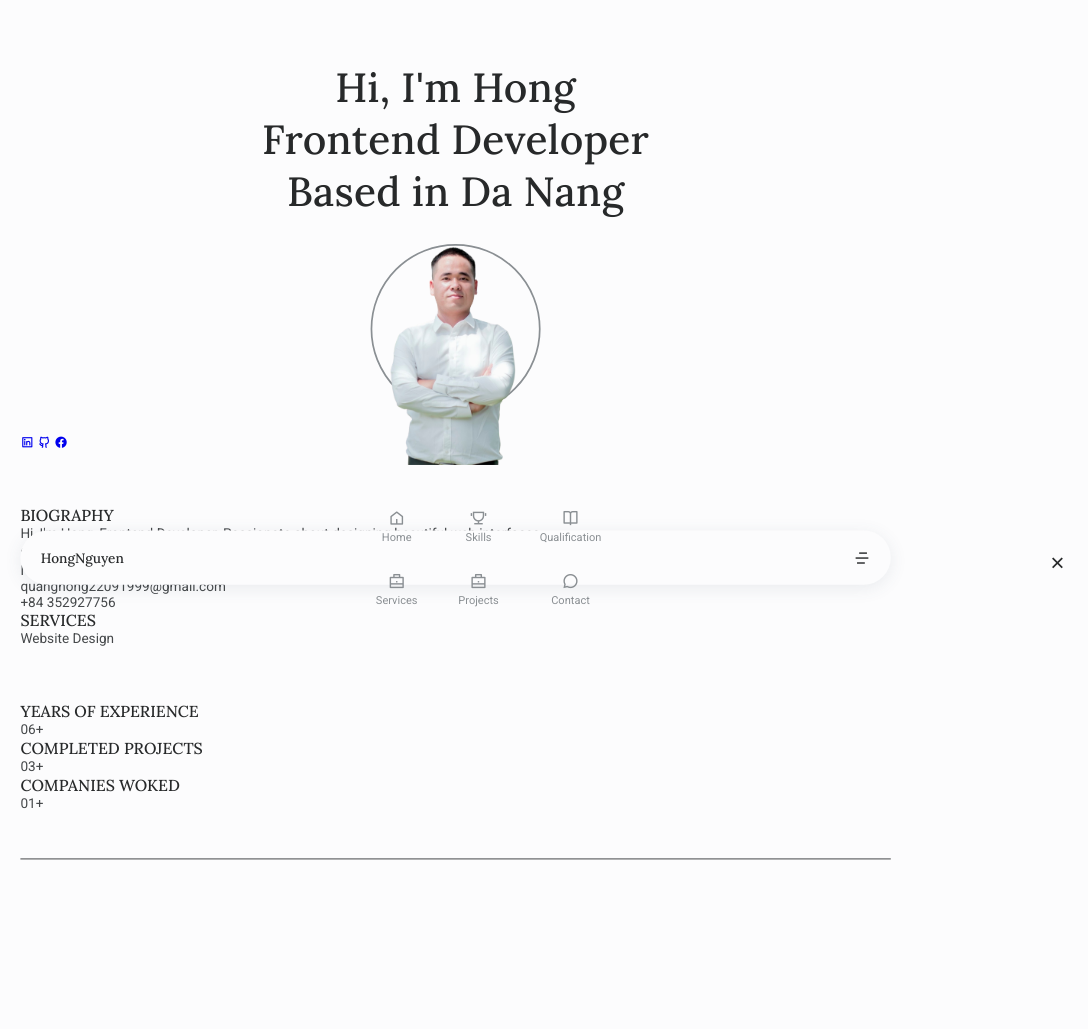
Repository: hnguyeng/myportfoliohongnguyen
Page: index.html
The author's editor kept a copy of each file at every save. The page is drawn from the files as they stood at one save, then again after the next save.
The browser window is 1280 px wide. The pictures show the whole page, at 85% of full size.
Some web libraries are served in a nearby version.

Above is the page before, as saved 2023-07-17 13:43:07.

After the next save:
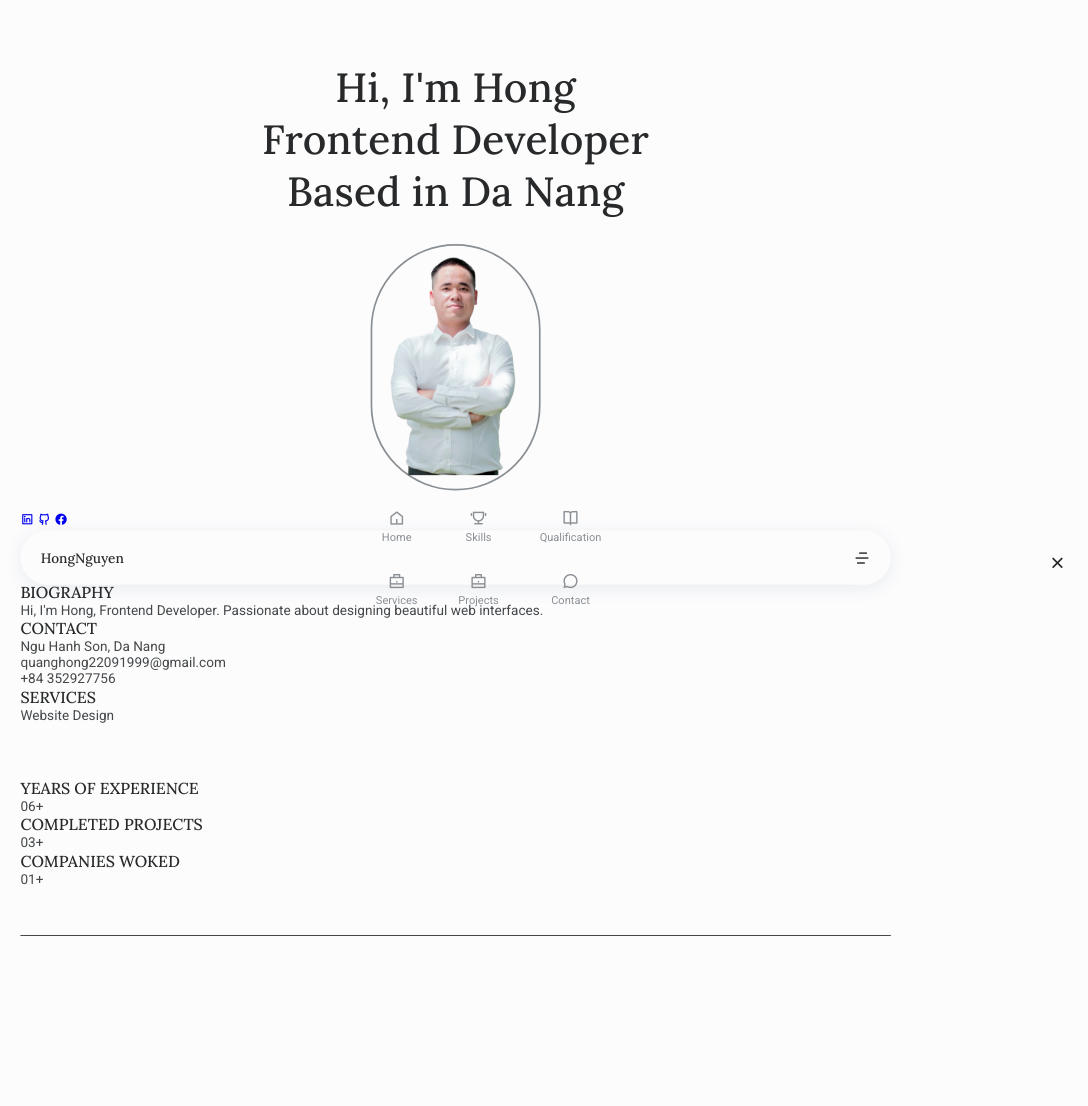
Saved 12 s later.
--- a/assets/css/style.css
+++ b/assets/css/style.css
@@ -206,7 +206,7 @@ img{
 .home__blob{
     position: relative;
     width: 200px;
-    height: 200px;
+    height: 290px;
     background-color: var(--body-color);
     border: 2px solid var(--text-color-light);
     justify-self: center;
